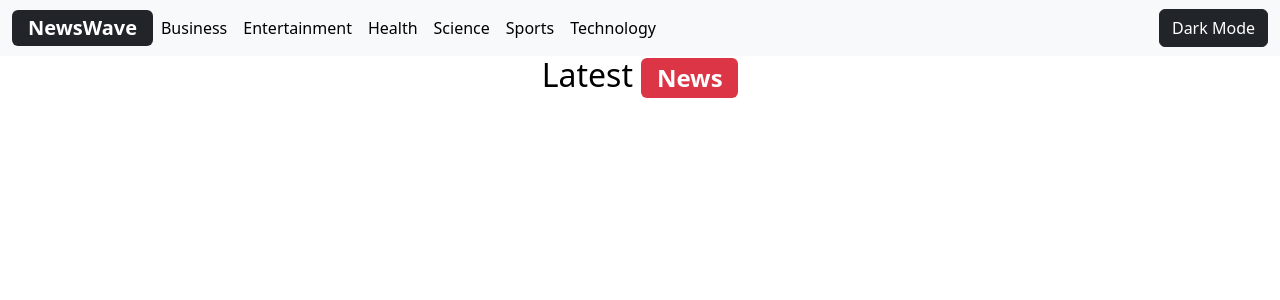
Repository: PranjalTripathi2003/news-wave
Page: /
The author's editor kept a copy of each file at every save. The page is drawn from the files as they stood at one save, then again after the next save.
The browser window is 1280 px wide. The pictures show the whole page.
The page's requests for data from a server got no answer. The project was rebuilt for these pictures with package versions that can differ from the ones it lists, and the page was loaded fresh each time. No one was signed in, and anything a server would have sent is missing. Also part of the build but not shown: vite.config.js, src/styles/Spinner.css, src/styles/NewsItem.css, src/components/NewsItem.jsx.

Above is the page before, as saved 2024-07-27 11:21:12.

After the next save:
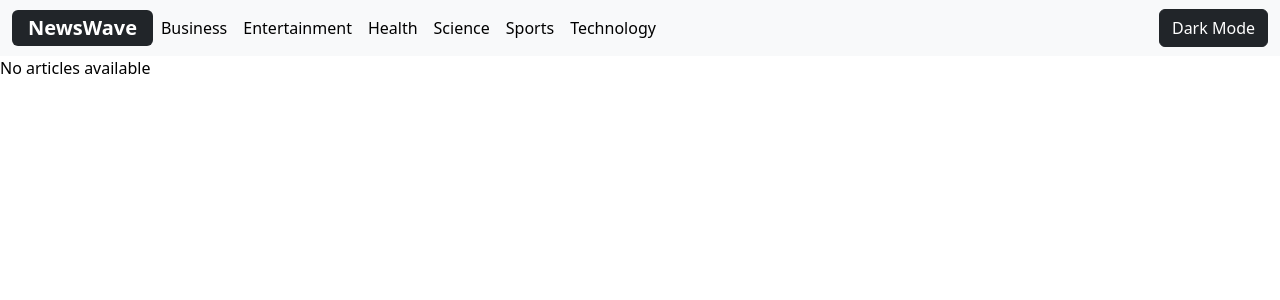
Saved 107 s later.
--- a/src/components/NewsBoard.jsx
+++ b/src/components/NewsBoard.jsx
@@ -1,49 +1,44 @@
-import React, { useEffect, useState } from "react";
-import Spinner from "./Spinner";
-import NewsItem from "./NewsItem";
+import React, { useState, useEffect } from "react";
 
 const NewsBoard = ({ darkMode }) => {
+  const [articles, setArticles] = useState([]);
   const [loading, setLoading] = useState(true);
-  const [articles, setArticles] = useState([]);
 
   useEffect(() => {
-    // Fetch data from your local server
-    fetch("http://localhost:5000/api/news")
-      .then((response) => response.json())
-      .then((data) => {
-        console.log("Fetched articles:", data.articles); // Debugging log
-        setArticles(data.articles);
-        setLoading(false);
-      })
-      .catch((error) => {
-        console.error("Error fetching articles:", error);
-        setLoading(false);
-      });
+    // Simulate fetching articles
+    fetchArticles();
   }, []);
 
-  console.log("Loading state:", loading); // Debugging log
-  console.log("Articles:", articles); // Debugging log
+  const fetchArticles = async () => {
+    try {
+      // Simulate an API call
+      const response = await fetch("https://api.example.com/news");
+      const data = await response.json();
+      setArticles(data.articles || []); // Ensure articles is an array
+    } catch (error) {
+      console.error("Error fetching articles:", error);
+      setArticles([]); // Set to empty array on error
+    } finally {
+      setLoading(false);
+    }
+  };
+
+  if (loading) {
+    return <div>Loading...</div>;
+  }
 
   return (
-    <div className={darkMode ? "dark-mode" : "light-mode"}>
-      <h2 className="text-center header-margin">
-        Latest <span className="badge bg-danger">News</span>
-      </h2>
-      {loading ? (
-        <Spinner />
+    <div>
+      {articles.length === 0 ? (
+        <div>No articles available</div>
       ) : (
-        articles.map((news, index) => {
-          return (
-            <NewsItem
-              key={index}
-              title={news.title}
-              description={news.description}
-              src={news.urlToImage}
-              url={news.url}
-              darkMode={darkMode} // Pass dark mode state
-            />
-          );
-        })
+        articles.map((news, index) => (
+          <NewsItem
+            key={index}
+            url={news.url}
+            darkMode={darkMode} // Pass dark mode state
+          />
+        ))
       )}
     </div>
   );
